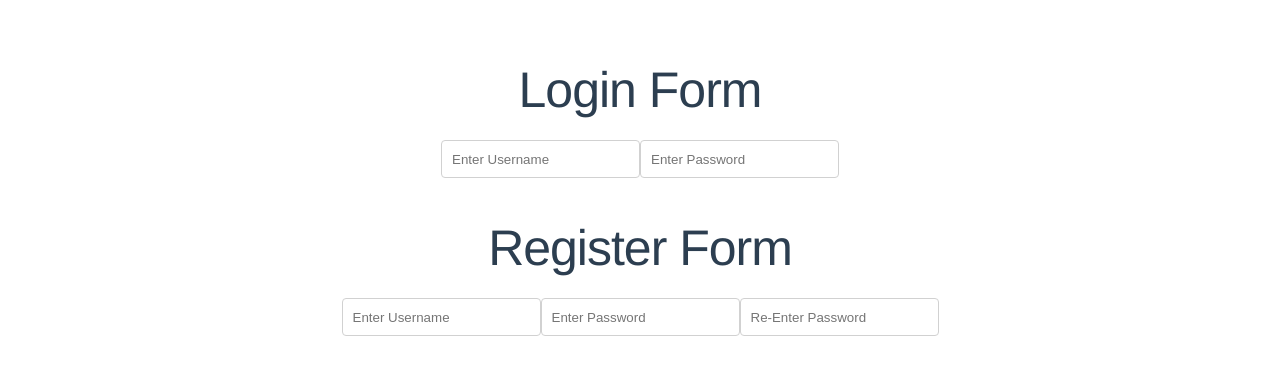
Repository: chsvk/Vue-JS-Course
Page: /
An editor plug-in stored every save of this project. The page is shown before and after the next save, followed by the edit.
The browser window is 1280 px wide. The pictures show the whole page.
The project was rebuilt for these pictures with package versions that can differ from the ones it lists, and the page was loaded fresh each time.

Above is the page before, as saved 2019-03-12 20:04:07.

After the next save:
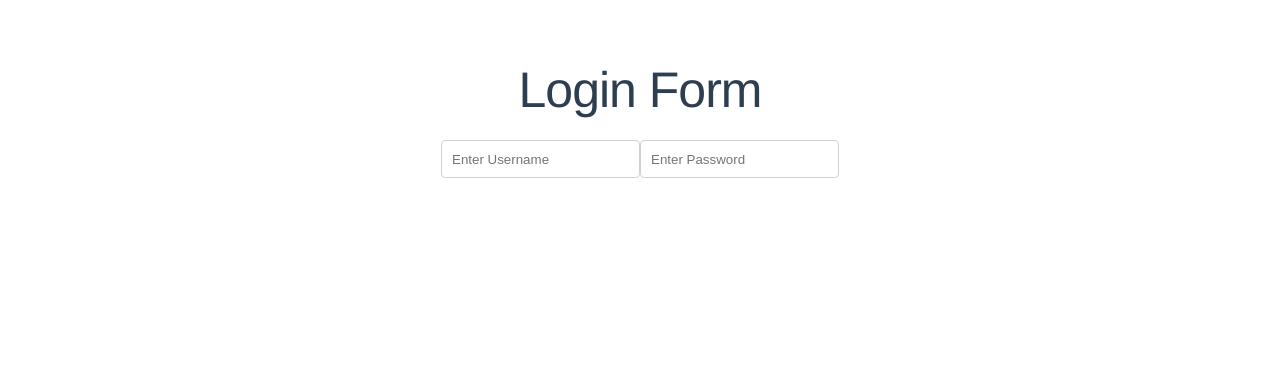
Saved 45 s later.
--- a/src/App.vue
+++ b/src/App.vue
@@ -1,7 +1,7 @@
 <template>
   <div id="app">
-    <Login/>
-    <Register/>
+    <Login v-if="showLogin"/>
+    <Register v-if="!showLogin"/>
   </div>
 </template>
 
